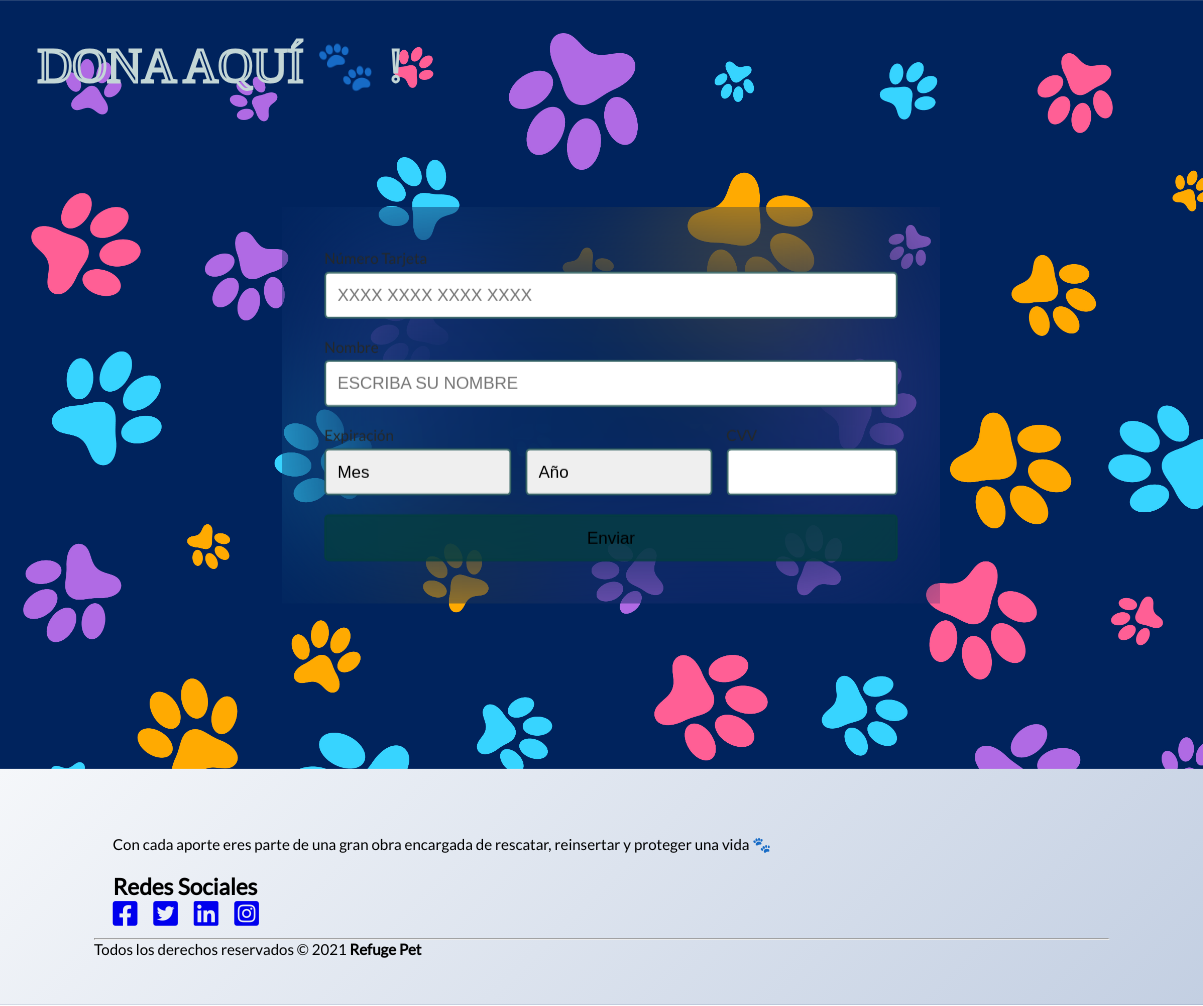
Repository: andreasvidal/SCL019-card-validation
Page: src/views/cardvalidation.html
The author's editor kept a copy of each file at every save. The page is drawn from the files as they stood at one save, then again after the next save.
The browser window is 1280 px wide. The pictures show the whole page, at 94% of full size.
Some web fonts or font styles are not loaded; a fallback is used. Some web libraries are served in a nearby version.

Above is the page before, as saved 2022-04-13 09:42:12.

### src/views/cardvalidation.html
<!DOCTYPE html>
<html lang="en">

<head>
    <meta charset="UTF-8" />
    <meta http-equiv="X-UA-Compatible" content="IE=edge" />
    <meta name="viewport" content="width=device-width, initial-scale=1.0" />
    <link rel="preconnect" href="https://fonts.googleapis.com" />
    <link rel="preconnect" href="https://fonts.gstatic.com" crossorigin />
    <link href="https://fonts.googleapis.com/css2?family=Lato:ital,wght@0,400;1,700&display=swap" rel="stylesheet" />
    <link rel="preconnect" href="https://fonts.googleapis.com" />
    <link rel="preconnect" href="https://fonts.gstatic.com" crossorigin />
    <link href="https://fonts.googleapis.com/css2?family=Hurricane&family=Lato:ital,wght@1,700&display=swap" rel="stylesheet" />
    <link rel="stylesheet" href="https://use.fontawesome.com/releases/v5.8.1/css/all.css" integrity="sha384-50oBUHEmvpQ+1lW4y57PTFmhCaXp0ML5d60M1M7uH2+nqUivzIebhndOJK28anvf" crossorigin="anonymous" />
    <link rel="stylesheet" href="../css/formstyle.css" />
    <link rel="stylesheet" href="../css/style.css" />
    <title>Formulario</title>
</head>

<!--contenido principal formulario-->

<body>
    <div class="subtitle">
        <p class="subtitle">DONA AQUÍ 🐾 !</p>
    </div>
    <form id="formValidation" class="form-validation">
        <div class="bg-blur">
            <div class="data-card" id="dataForm">
                <label for="inputNumber">Número Tarjeta</label>
                <input type="text" id="inputNumber" name="number" maxlength="16" autocomplete="off" pattern="[0-9]+" placeholder="XXXX XXXX XXXX XXXX" required />
                <h5 id="print"></h5>
            </div>
            <div class="data-card">
                <label for="inputNameUser">Nombre </label>
                <input type="text" id="inputNameUser" name="nameUser" placeholder="Escriba su nombre" required />
                <h5 id="print"></h5>
            </div>
            <!--datos expiración tarjeta-->
            <div class="flexbox">
                <div class="data-card expider-date">
                    <label for="monthSelect">Expiración</label>
                    <div class="flexbox">
                        <div class="data-card-select">
                            <select name="monthSelect" id="monthSelect" required>
                <option disabled selected>Mes</option>
                <option value="1">1</option>
                <option value="2">2</option>
                <option value="3">3</option>
                <option value="4">4</option>
                <option value="5">5</option>
                <option value="6">6</option>
                <option value="7">7</option>
                <option value="8">8</option>
                <option value="9">9</option>
                <option value="10">10</option>
                <option value="11">11</option>
                <option value="12">12</option>
              </select>
                        </div>
                        <div class="data-card-select">
                            <select name="yearSelect" id="yearSelect" required>
                <option disabled selected>Año</option>
                <option value="2">2014</option>
                <option value="5">2015</option>
                <option value="6">2016</option>
                <option value="7">2017</option>
                <option value="8">2018</option>
                <option value="9">2019</option>
                <option value="10">2020</option>
                <option value="11">2021</option>
                <option value="12">2022</option>
              </select>
                        </div>
                    </div>
                </div>
                <div class="data-card ccv">
                    <label for="inputCcv">CVV</label>
                    <input type="text" id="inputCcv" name="inputCcv" maxlength="3" required />
                </div>
            </div>
            <button type="submit" value="sendForm" class="btn-send" id="sendForm">
        Enviar
      </button>
        </div>
    </form>
    <footer>
        <div class="container__footer">
            <div class="box__footer">
                <div class="terms">
                    <p>
                        Con cada aporte eres parte de una gran obra encargada de rescatar, reinsertar y proteger una vida 🐾
                    </p>
                </div>
            </div>
            <div class="box__footer">
                <h2>Redes Sociales</h2>
                <a href="#"> <i class="fab fa-facebook-square"></i></a>
                <a href="#"><i class="fab fa-twitter-square"></i></a>
                <a href="#"><i class="fab fa-linkedin"></i></a>
                <a href="#"><i class="fab fa-instagram-square"></i></a>
            </div>
        </div>
        <div class="box__copyright">
            <hr />
            <p>Todos los derechos reservados © 2021 <b>Refuge Pet</b></p>
        </div>
    </footer>
    <!-- jQuery-->
    <script src="https://ajax.googleapis.com/ajax/libs/jquery/3.6.0/jquery.min.js"></script>
    <!--materialize -->
    <!--JS-->
    <script src="../js/index.js" type="module"></script>
</body>

</html>

### src/css/formstyle.css
* {
    padding: 0;
    margin: 0;
    box-sizing: border-box;
}

body {
    font-family: 'Lato', 'sans-serif';
    background-image: url(../assets/img/fondopatas.jpg);
    background-size: cover;
    background-repeat: no-repeat;
}


/*estilos formulario validacion*/

.form-validation {
    color: beige;
    width: 100%;
    max-width: 700px;
    margin-left: 300px;
    border-radius: 10px;
    position: relative;
    top: 80px;
    z-index: 1;
}

.bg-blur {
    backdrop-filter: blur(5rem);
    width: 100%;
    padding: 45px;
}

.form-validation label {
    display: block;
    color: rgb(38, 41, 41);
    margin-bottom: 5px;
    font-size: 16px;
}

.form-validation input,
.form-validation select,
.btn-send {
    border: 2px solid rgba(4, 63, 63, 0.753);
    font-size: 18px;
    height: 50px;
    width: 100%;
    padding: 5px 12px;
    border-radius: 5px;
}

.form-validation input:hover,
.form-validation select:hover {
    border: 2px solid rgb(23, 24, 24);
}

.form-validation input:focus,
.form-validation select:focus {
    outline: rgb(173, 182, 182);
    box-shadow: 0 8px 8px 0 rgba(32, 38, 46, 0.3);
}

.form-validation input {
    margin-bottom: 20px;
    text-transform: uppercase;
}

.form-validation .flexbox {
    display: flex;
    justify-content: space-between;
}

.form-validation .expider-date {
    width: 100%;
}

.form-validation .ccv {
    min-width: 10px;
}

.form-validation .data-card-select {
    width: 100%;
    margin-right: 15px;
    position: relative;
}

.form-validation select {
    -webkit-appearance: none;
}


/*backgrond btn enviar*/

.btn-send {
    background: rgba(4, 63, 63, 0.753);
    ;
}

#print {
    color: rgb(38, 41, 41);
    font-size: 16px;
}


/*footer*/

.terms {
    height: 30px;
    margin-bottom: 50px;
}

footer {
    width: 100%;
    padding: 50px 100px;
    margin-top: 20%;
    background-size: cover;
    /*background: rgb(58, 89, 180);*/
    background-image: linear-gradient(135deg, #f5f7fa 0%, #c3cfe2 100%);
}

.box__footer {
    padding: 20px;
    height: 10px;
}

.fab {
    padding-right: 40px;
    width: 20px;
    height: 20px;
    font-size: 30px;
}

.box__copyright {
    padding-top: 50px;
}

### src/css/style.css
 * {
     padding: 0;
     margin: 0;
     box-sizing: border-box;
 }

 body {
     font-family: 'Lato', 'sans-serif';
     background-image: url(../assets/img/fondopatas.jpg);
 }
 /*estilo titulo*/

 .title-h1 {
     font-family: 'Raleway', sans-serif;
     text-decoration: underline overline wavy rgba(183, 0, 255, 0.514);
     padding: 40px 100px;
     color: rgb(74, 80, 80);
     display: flex;
     flex-direction: column;
     align-items: center;
     box-shadow: 0 10px 10px 0 rgba(90, 116, 148, 0.3);
     background-image: linear-gradient(135deg, #f5f7fa 0%, #c3cfe2 100%);
     font-size: 8vw;
 }

 .subtitle {
     font-family: 'Shadows Into Light', cursive;
     padding: 20px 20px;
     color: rgb(74, 80, 80);
     font-size: 4vw;
     -webkit-text-fill-color: transparent;
     -webkit-text-stroke: 3px rgb(195, 214, 214);
 }

 .img-banner {
     display: flex;
     height: 500px;
     z-index: -1;
     flex-direction: row;
     margin-left: 50px;
     align-items: center;
     margin-bottom: -50px;
     border-radius: 15px;
 }
 /*contenedor tarjeta*/

 .container {
     width: 90%;
     max-width: 1000px;
     padding: 20px 60px;
     margin: auto;
     display: flex;
     /* deja los elementos en forma de columna*/
     flex-direction: column;
     /*align-items no sirve para centrar de forma vertical (se utiliza justify), se utiliza al cambiar la dirección con flex-direction*/
     align-items: center;
 }
 /*estilo tarjeta*/

 .card {
     padding-top: 30px;
     width: 100%;
     max-width: 550px;
     position: relative;
     color: rgb(37, 36, 36);
     cursor: pointer;
 }

 .card>div {
     padding: 30px;
     border-radius: 15px;
     min-height: 315px;
     display: flex;
     flex-direction: column;
     justify-content: space-between;
     box-shadow: 0 10px 10px 0 rgba(90, 116, 148, 0.822);
 }

 .style-card {
     width: 100%;
     background: url(../assets/img/background-card/bg-img-2.jpg);
     background-size: cover;
 }
 /*para mantener el espeacio de la imagen logo (contenedor vacio)*/

 .style-card .logo-card {
     text-align: right;
     min-height: 50px;
 }

 .style-card .logo-card img {
     width: 100%;
     height: 100%;
     object-fit: cover;
     max-width: 80px;
 }

 .style-card .chip-card {
     width: 100%;
     max-width: 50px;
     margin-bottom: 20px;
 }

 .style-card .form-group .card-label {
     font-size: 16px;
     color: rgb(115, 131, 131);
     margin-bottom: 5px;
 }

 .style-card .card-group .number-card,
 .style-card .card-group .name-card,
 .style-card .card-group .expider {
     /*color: rgb(74, 80, 80);*/
     font-size: 22px;
     text-transform: uppercase;
 }

 .style-card .flexbox {
     display: flex;
     justify-content: space-between;
     margin-top: 20px;
 }
 /*btn abrir formulario*/

 .btn-open {
     color: rgb(195, 214, 214);
     box-shadow: 0 10px 10px 0 rgba(90, 116, 148, 0.3);
     background: rgba(183, 0, 255, 0.514);
     width: 50px;
     height: 50px;
     margin-top: -10px;
     border-radius: 100%;
     z-index: 2;
 }

 .btn-open:hover {
     opacity: 0.50;
     -moz-opacity: .50;
     filter: alpha (opacity=50);
 }

 .btn-open {
     text-decoration: none;
     padding-top: 15px;
     text-align: center;
 }
 /*footer*/

 .terms {
     height: 30px;
     margin-bottom: 50px;
 }

 footer {
     width: 100%;
     padding: 50px 100px;
     margin-top: 20%;
     background-size: cover;
     /*background: rgb(58, 89, 180);*/
     background-image: linear-gradient(135deg, #f5f7fa 0%, #c3cfe2 100%);
     box-shadow: 0 10px 10px 0 rgba(90, 116, 148, 0.3);
 }

 .box__footer {
     padding: 20px;
     height: 10px;
 }

 .fab {
     padding-right: 40px;
     width: 20px;
     height: 20px;
     font-size: 30px;
 }

 .box__copyright {
     padding-top: 50px;
 }

### src/js/index.js
/*import validator from '../js/validator.js';

//Llamando al DOM

const btnForm = document.getElementById("sendForm");
const form = document.getElementById("#formValidation");
btnForm.addEventListener('click', function(e) {
    e.preventDefault();
    let creditCardNumber = document.getElementById('inputNumber').value;
    let maskified = validator.maskify(creditCardNumber);
    if (creditCardNumber === "") {
        return document.getElementById("print").innerHTML = "Reingrese su número de tarjeta sin espacios ni carácteres especiales";
    } else {
        return document.getElementById("print").innerHTML = "Tu tarjeta N° " + maskified + " es válida";
    }
})


// inputName solo letras, inputCcv y inputNumber  solo numeros
let inputNumber = document.getElementById('inputNumber');
let inputName = document.getElementById('inputNameUser');
let inputCcv = document.getElementById('inputCcv');

const onlyNum = /[^0-9]/g;
const onlypLet = /[^a-zA-ZÑñáéíóúÁÉÍÓÚ\s]*$/g;
inputNumber.addEventListener('input', function() {
    inputNumber.value = inputNumber.value.replace(onlyNum, '');
});
inputName.addEventListener('input', function() {
    inputName.value = inputName.value.replace(onlypLet, '');
});
inputCcv.addEventListener('input', function() {
    inputCcv.value = inputCcv.value.replace(onlyNum, '');
});

// mes y años
for (let i = 1; i <= 12; i++) {
    let optionDate = document.createElement('option');
    optionDate.value = i;
    optionDate.innerText = i;
    form.monthSelect.appendChild(optionDate);
}

// * Select del año generado dinamicamente.
const yearActual = new Date().getFullYear();
for (let i = yearActual; i <= yearActual + 8; i++) {
    let optionDate = document.createElement('option');
    optionDate.value = i;
    optionDate.innerText = i;
    optionDate.selectYear.appendChild(optionDate);
}*/

After the next save:
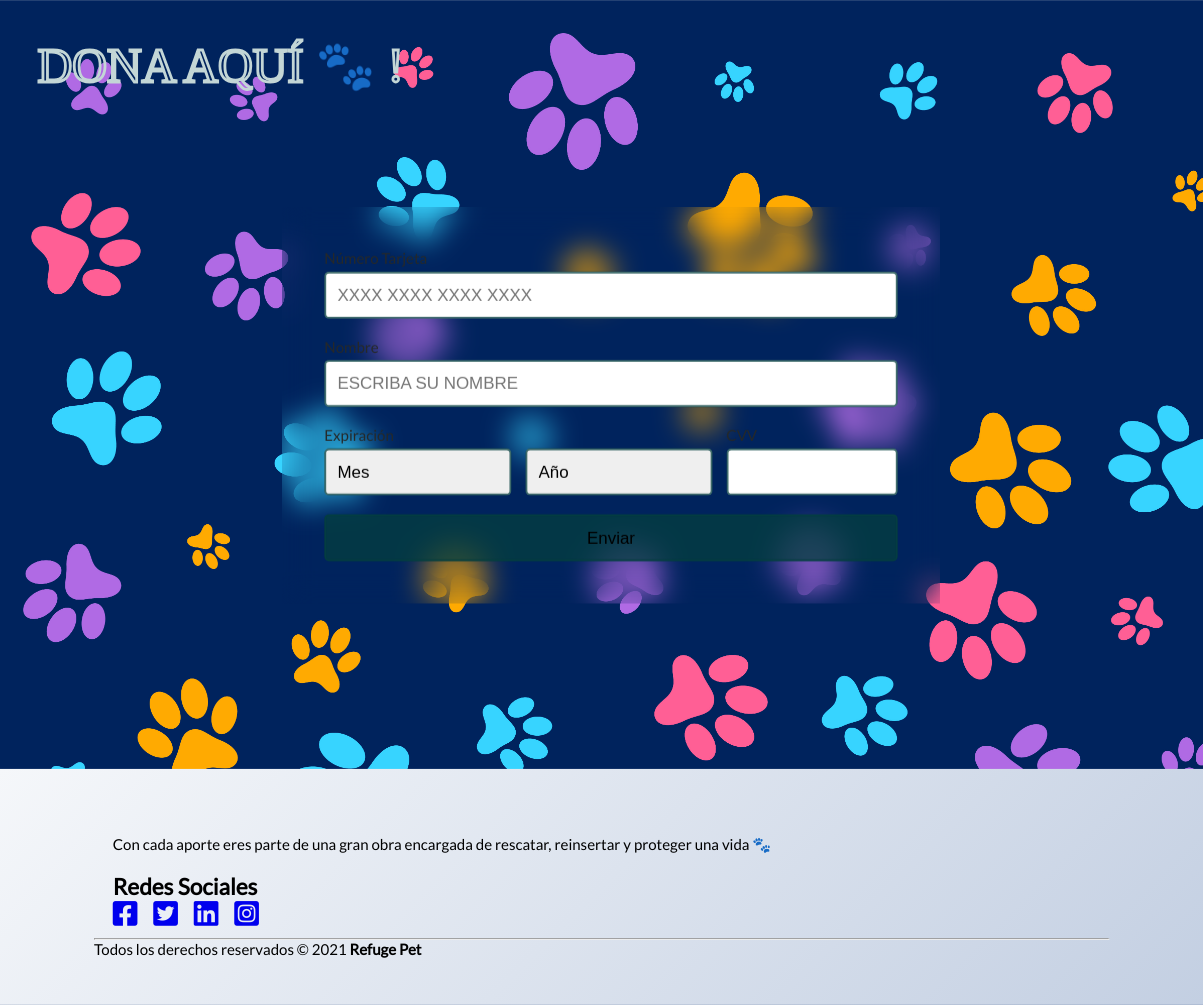
Saved 7 s later.
--- a/src/css/formstyle.css
+++ b/src/css/formstyle.css
@@ -26,7 +26,7 @@ body {
 }
 
 .bg-blur {
-    backdrop-filter: blur(5rem);
+    backdrop-filter: blur(1rem);
     width: 100%;
     padding: 45px;
 }
